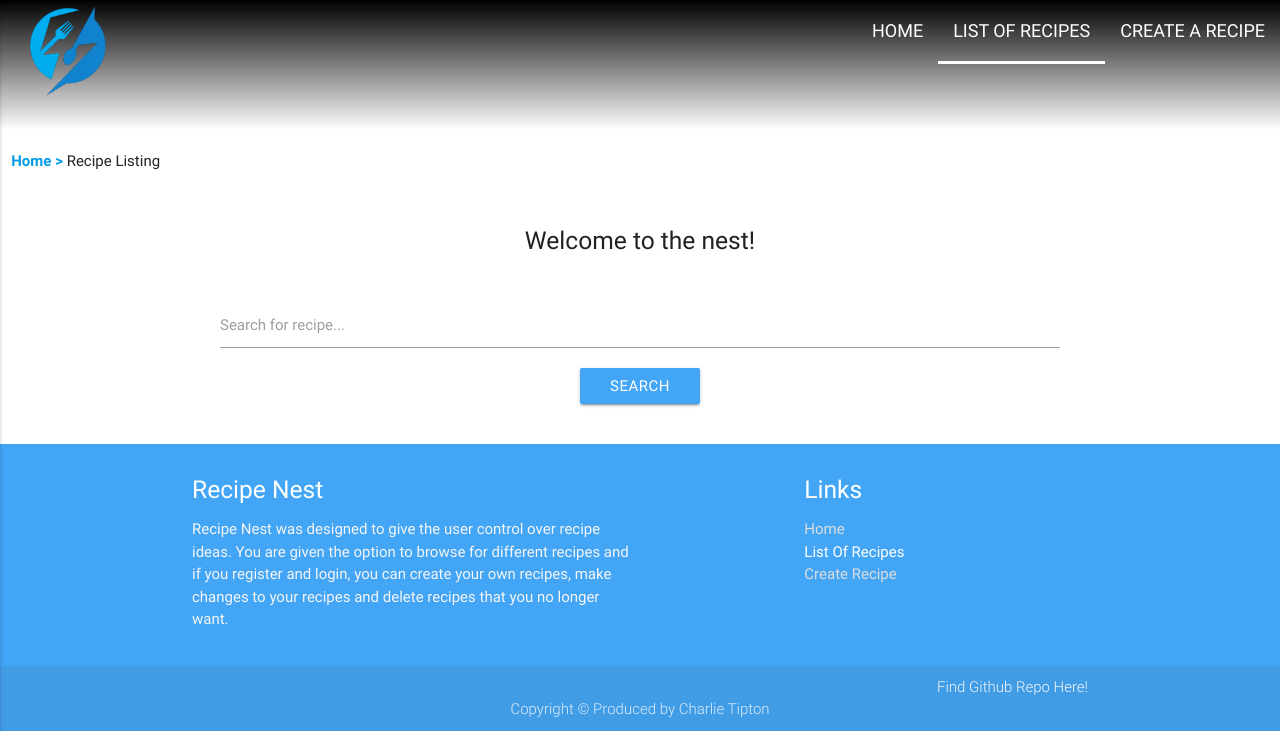
Repository: CharlieJT/Recipes
Page: http://localhost/recipe_listing
The author's editor kept a record of every edit. The page is drawn from the files as they stood at one moment, then again after the next edit.
The browser window is 1280 px wide. The pictures show the whole page.
Some web libraries are served in a nearby version. The page is served by the project's application, run on Flask 3 (app.py). Queries for data that is not in the repository find no rows.

Above is the page before.

### templates/recipe-listing.html
{% extends 'base.html' %} {% block content %}

<!-- Recipe Navbar & Heading divider -->

<div class="container-fluid recipe-container-heading">
    <div class="row">
        <div class="col recipe-container-column">
            <div class="main-recipe-section" />
        </div>
    </div>
</div>

<!-- Most viewed Recipe Cards -->

<div id="recipe-container-listing" class="container-fluid ">
    <!-- Breadcrumb -->
    <div class="row bread-crumb">
        <div class="col back-button">
            <a href="{{ url_for('index') }}">
                    <span>
                        Home >
                    </span>
                </a>
            <span>
                Recipe Listing
            </span>
        </div>
    </div>
    <div class="row recipe-row">
        <!-- Main Recipes Header -->
        <div class="recipe-listing-column col s12">
            <h5>Welcome to the nest!</h5>
        </div>
        <div class="container">
            <div class="row">
                <form class="col s12" action="{{ url_for('search') }}">
                    <div class="row search-bar-row">
                        <div class="input-field col s12">
                            <input id="search-recipe-listing" name="query" type="text" class="validate">
                            <label for="search-recipe-listing-label">Search for recipe...</label>
                            <div class="search-button">
                                <button class="btn waves-effect waves-light blue lighten-1" type="submit" name="action">Search</button>
                            </div>
                        </div>
                    </div>
                </form>
            </div>
        </div>
        <!-- Each recipe card -->
        {% for recipe in recipes %}

        <div class="col s12 m6 l4 card-container-listing">
            <div class="card-surrounding">
                <div class="card">
                    <div class="card-image waves-effect waves-block waves-light">
                        <img class="activator recipe-image" src="{{recipe.recipe_image_url}}">
                    </div>
                    <div class="card-content">
                        <div class='card-title-spacer'>
                            <div class="card-title activator grey-text text-darken-4 recipe-name">{{recipe.recipe_name}}<i class="material-icons right more-info">more_vert</i></div>
                        </div>
                        <div class="button-container">
                            <a href="{{ url_for('recipe', recipe_id=recipe._id) }}">
                                <button class="btn waves-effect waves-light blue lighten-1" type="submit" name="action">View Recipe</button>
                            </a>
                        </div>
                    </div>
                    <div class="card-reveal recipe-close">
                        <span class="card-title grey-text text-darken-4">{{recipe.recipe_name}}<i class="material-icons right">close</i></span>
                        <p>{{recipe.recipe_description}}</p>
                    </div>
                </div>
            </div>
        </div>
        {% endfor %}
    </div>
</div>


{% endblock %}

### templates/base.html
<!DOCTYPE html>
<html>

<head>
    <!--Import Google Icon Font-->
    <link href="https://fonts.googleapis.com/icon?family=Material+Icons" rel="stylesheet">

    <!--Import materialize.css-->
    <link rel="stylesheet" href="https://cdnjs.cloudflare.com/ajax/libs/materialize/0.100.2/css/materialize.min.css">

    <!-- Exteral styles -->
    <link rel="stylesheet" href="{{url_for('static', filename='css/base.css')}}" type="text/css" />
    <link rel="stylesheet" href="{{url_for('static', filename='css/index.css')}}" type="text/css" />
    <link rel="stylesheet" href="{{url_for('static', filename='css/recipe-listing.css')}}" type="text/css" />
    <link rel="stylesheet" href="{{url_for('static', filename='css/recipe.css')}}" type="text/css" />
    <link href="https://fonts.googleapis.com/icon?family=Material+Icons" rel="stylesheet">

    <!-- Favicon -->
    <link rel="icon" href="{{ url_for('static', filename='/images/favicon.ico') }}" type="image/x-icon" />

    <!--Let browser know website is optimized for mobile-->
    <meta name="viewport" content="width=device-width, initial-scale=1.0" />

    <title>Recipe Nest - {{ title }}</title>
</head>

<body>
    <!-- Main Navbar -->
    <nav class="navbar-container N/A transparent">
        <div class="nav-wrapper">
            <a href="{{ url_for('index') }}" id="recipes-logo">
                <img class="recipe-logo-image" src="static/images/recipe-nest.png" alt="Recipes Logo"/>
            </a>
            <a href="#" data-activates="mobile-demo" class="button-collapse"><i class="material-icons">menu</i></a>
            <ul id="nav-mobile" class="right hide-on-med-and-down navbar-listing">
                <li class="tab"><a class="nav-link" href="{{ url_for('index') }}">Home</a></li>
                <li class="tab"><a class="nav-link" href="{{ url_for('recipe_listing') }}">List of Recipes</a></li>
                <li class="tab"><a class="nav-link" href="{{ url_for('create_recipe') }}">Create a Recipe</a></li>
            </ul>
        </div>
    </nav>
    <ul class="side-nav" id="mobile-demo">
        <li class="tab"><a class="active" href="{{ url_for('index') }}">Home</a></li>
        <li class="tab"><a href="{{ url_for('recipe_listing') }}">List of Recipes</a></li>
        <li class="tab"><a href="{{ url_for('create_recipe') }}">Create a Recipe</a></li>
    </ul>

    {% block content %} {% endblock %}

    <!-- Footer -->
    <footer class="page-footer blue lighten-1">
        <div class="container">
            <div class="row">
                <div class="col l6 s12">
                    <h5 class="white-text">Recipe Nest</h5>
                    <p class="grey-text text-lighten-4"></p>
                    <p class="grey-text text-lighten-4">Recipe Nest was designed to give the user control over recipe ideas. You are given the option to browse for different recipes and if you register and login, you can create your own recipes, make changes to your recipes and delete recipes
                        that you no longer want.</p>
                </div>
                <div class="col l4 offset-l2 s12">
                    <h5 class="white-text">Links</h5>
                    <ul class="footer-links">
                        <li><a class="pages-footer-link" href="{{ url_for('index') }}">Home</a></li>
                        <li><a class="pages-footer-link" href="{{ url_for('recipe_listing') }}">List Of Recipes</a></li>
                        <li><a class="pages-footer-link" href="{{ url_for('create_recipe') }}">Create Recipe</a></li>
                    </ul>
                </div>
            </div>
        </div>
        <div class="footer-copyright">
            <div class="container">
                <a class="grey-text text-lighten-4 right" href="https://github.com/CharlieJT/Repices" target="_blank">Find Github Repo Here!</a>
                <div class="footer-bottom">Copyright © Produced by Charlie Tipton</div>
            </div>
        </div>
    </footer>

    <!-- Back to top icon -->
    <a href="#" class="to-top"></a>

    <script src="https://cdnjs.cloudflare.com/ajax/libs/jquery/3.2.1/jquery.min.js"></script>
    <script src="https://cdnjs.cloudflare.com/ajax/libs/materialize/0.100.2/js/materialize.min.js"></script>
    <script src="{{url_for('static', filename='js/script.js')}}"></script>
</body>

</html>

### app.py
import os
from flask import Flask, render_template, redirect, url_for, request, flash
from flask_pymongo import PyMongo, DESCENDING
from bson.objectid import ObjectId
import re

app = Flask(__name__)

app.config["MONGO_DBNAME"] = 'myRecipes'
app.config['MONGO_URI'] = os.environ.get("MONGO_URI")

mongo = PyMongo(app)

@app.route('/')
@app.route('/index')
def index():
    """This shows a list of 3 recipes which have the highest views"""
    recipes=mongo.db.recipes.find().sort([('views', DESCENDING)]).limit(3)
    return render_template('index.html', title="Home", recipes=recipes)


@app.route('/recipe_listing')
def recipe_listing():
    """This shows a list of all of the recipes"""
    recipes=mongo.db.recipes.find()
    return render_template('recipe-listing.html', title="Recipes", recipes=recipes)


@app.route('/recipe/<recipe_id>')
def recipe(recipe_id):
    """This shows all fields in recipes & increments the views by 1"""
    mongo.db.recipes.find_one_and_update(
        {'_id': ObjectId(recipe_id)},
        {'$inc': {'views': 1}}
    )
    recipe = mongo.db.recipes.find_one_or_404({'_id': ObjectId(recipe_id)})
    return render_template('recipe.html', title="Recipe", recipe=recipe)


@app.route('/create_recipe')
def create_recipe():
    """This shows a list of all of the recipes"""
    recipes_db = mongo.db.recipes
    return render_template('create-recipe.html', title="Create Recipe")


@app.route('/insert_recipe', methods=['POST'])
def insert_recipe():
    """This will add each field to the database"""
    recipe_db = mongo.db.recipes
    # This is insert a new value for each field
    recipe_db.insert_one(request.form.to_dict())
    return redirect(url_for('recipe_listing'))


@app.route('/edit_recipe/<recipe_id>')
def edit_recipe(recipe_id):
    """This will find a specific recipe from the database"""
    recipes_db = mongo.db.recipes.find_one({ '_id': ObjectId(recipe_id) })
    return render_template('edit-recipe.html', title="Edit Recipe", recipe=recipes_db)


@app.route('/update_recipe/<recipe_id>', methods=['POST'])
def update_recipe(recipe_id):
    """This shows a list of all of the recipes"""
    recipe_db = mongo.db.recipes
    recipe_db.update({ '_id': ObjectId(recipe_id)},
    {
        'recipe_name':request.form.get('recipe_name'),
        'recipe_description':request.form.get('recipe_description'),
        'recipe_ingredients': request.form.get('recipe_ingredients'),
        'recipe_instructions': request.form.get('recipe_instructions'),
        'recipe_image_url':request.form.get('recipe_image_url')
    })
    return redirect(url_for('recipe_listing'))


@app.route('/search')
def search():
    """This is the logic behind the search bars"""
    orig_query = request.args['query']
    # Using regular expressions to search for any case
    query = {'$regex': re.compile('.*{}.*'.format(orig_query)), '$options': 'i'}
    # This will do a find amoungst recipe name, recipe description & recipe instructions
    results = mongo.db.recipes.find({
        '$or': [
            {'recipe_name': query},
            {'recipe_description': query},
            {'recipe_instructions': query},
        ]
    })

    recipes = []
    for result in results:
        recipes.append(result)

    return render_template('search.html', title="Search results for", query=orig_query, results=recipes)



@app.route('/delete_recipe/<recipe_id>')
def delete_recipe(recipe_id):
    """This shows a list of all of the recipes"""
    mongo.db.recipes.remove({ '_id': ObjectId(recipe_id) })
    return redirect(url_for('recipe_listing'))


if __name__ == '__main__':
    app.run(host=os.environ.get('IP'),
    port=int(os.environ.get('PORT')),
    debug=True)

### static/css/index.css
/* ---------- Main Image ----------*/

.title-container {
    display: flex;
    align-items: center;
    height: 100vh;
    color: #fff;
}

.main-heading-column {
    background-color: #000000a6;
    border-radius: 10px;
}

.title-container .row {
    opacity: 0;
    filter: blur(100px);
    animation: FadeInGreeting 1.5s 1s forwards ease-in-out;
}

.title-container h1 {
    text-align: center;
    font-size: 2.4rem;
}

.search-button {
    display: flex;
    justify-content: center;
}

.down-arrow-link {
    color: white;
}

.down-arrow {
    display: flex !important;
    position: absolute;
    left: 49vw;
    right: 50vw;
    font-size: 3.7rem !important;
    justify-content: center;
    animation: scrollDown 0.4s alternate-reverse infinite cubic-bezier(1,-0.01, 0.79, 0.54);
}

.main-image-container {
    background: url(../images/recipe-nest-main-image.png) fixed center center no-repeat;
    height: 100%;
}

.main-recipe-images-column {
    padding: 0 !important;
}

main-recipe-images-column {
    height: 80vh;
}

.opaque-background {
    background-color: #00000061;
}

/* label color */

.recipe-label {
    color: #fff;
}

/* label focus color */

.input-field input[type=text]:focus+label {
    color: #fff;
}

/* label underline focus color */

.input-field input[type=text]:focus {
    border-bottom: 1px solid #fff;
    box-shadow: 0 1px 0 0 #000;
}

/* valid color */

.input-field input[type=text].valid {
    border-bottom: 1px solid #fff;
    box-shadow: 0 1px 0 0 #fff;
}

/* invalid color */

.input-field input[type=text].invalid {
    border-bottom: 1px solid #fff;
    box-shadow: 0 1px 0 0 #fff;
}

/* label focus color */

.input-field input:focus+label {
    color: #42a5f5 !important;
}

/* label underline focus color */

.row .input-field input:focus {
    border-bottom: 1px solid #42a5f5 !important;
    box-shadow: 0 1px 0 0 #42a5f5 !important;
}

.recipe-search-bar:focus {
    border-bottom: 1px solid #42a5f5 !important;
    -webkit-box-shadow: 0 1px 0 0 #26a69a !important;
    box-shadow: 0 1px 0 0 #42a5f5 !important;
}

/* ---------- Recipe Cards ----------*/

#recipe-container-main {
    background-color: #fff;
}

.down-arrow {
    position: absolute;
    left: 50%;
}

.card-surrounding {
    max-width: 265px;
    margin: auto;
}

.card {
    margin: 2.5rem 0 2.5rem 0;
}

.recipe-image {
    padding: 10px;
    border-radius: 15px !important;
}

.most-viewed-divider {
    width: 150px;
}

.mostly-viewed-heading-column {
    margin: 60px;
    margin: 5.5rem auto 1.5rem;
}

.mostly-viewed-heading-column h5 {
    text-align: center;
    margin: auto;
}

#recipe-container-main .row {
    margin: 0;
}

#recipe-container-main .col {
    padding: 0 2.75rem;
}

.recipe-name,
.recipe-close {
    position: relative;
    width: 100%;
    font-size: 1.1rem !important;
    font-weight: 400 !important;
}

.recipe-name i {
    top: 0;
    right: -15px;
}

.recipe-close i {
    position: absolute;
    right: 0;
    top: 0;
    margin-top: 30px;
    margin-right: 12px;
}

.card-title-spacer {
    display: flex;
    height: 120px;
}

.more-info {
    position: absolute;
}

.button-container {
    display: flex;
    justify-content: center;
    width: 100%;
}

/* ---------- Media Queries ----------*/

@media only screen and (min-width: 992px) {
    .recipe-row {
        width: 992px;
        margin: auto !important;
    }
    .title-container h1 {
        font-size: 3rem;
    }
}

@media only screen and (min-width: 1050px) {
    .main-image-container {
        background-size: 100%;
    }
}

@media only screen and (min-width: 1200px) {
    .recipe-row {
        width: 1200px;
        margin: auto !important;
    }
}



/* ---------- Keyframes (Animations) ----------*/

@-webkit-keyframes scrollDown {
    from {
        margin-top: 0;
    }
    to {
        margin-top: 8px;
    }
}

@keyframes scrollDown {
    from {
        margin-top: 0;
    }
    to {
        margin-top: 8px;
    }
}

@-webkit-keyframes FadeInGreeting {
    from {
        opacity: 0;
    }
    to {
        opacity: 1;
    }
}

@keyframes FadeInGreeting {
    from {
        opacity: 0;
        filter: blur(100px);
    }
    to {

        opacity: 1;
        filter: blur(0px);
    }
}

### static/css/recipe-listing.css
.recipe-container-heading .recipe-container-column {
    background: linear-gradient(#000, #fff);
    height: 130px;
    width: 100%;
}

.recipe-listing-column {
    margin: 60px;
    margin: 1.5rem auto 1.5rem;
    text-align: center;
}

.search-recipe-listing-label {
    color: #000;
}

### static/css/recipe.css
.recipe-page-image {
    width: 100%;
    max-width: 300px;
    max-height: 300px;
    border-radius: 10px;
    border: 1px solid #ccc;
}

.recipe-ingredients li,
.recipe-insturctions li{
    list-style-type: disc;
}

.recipe-description-row {
    height: 300px;
}

.edit-and-delete-buttons {
    float: right;
}

.back-button span:nth-child(1) {
    display: inline;
    cursor: pointer;
    font-weight: bold;
}

/* ---------- Media Queries ----------*/

@media only screen and (max-width: 315px) {
    .delete-recipe-button {
        margin-top: 5px;
    }
}

@media only screen and (max-width: 500px) {
  .edit-and-delete-buttons {
    float: none;
        padding-left: 10px;
    }
}

Loaded but not shown: static/js/script.js (129 lines, source omitted); static/css/base.css (575 lines, source omitted)

After the next edit:
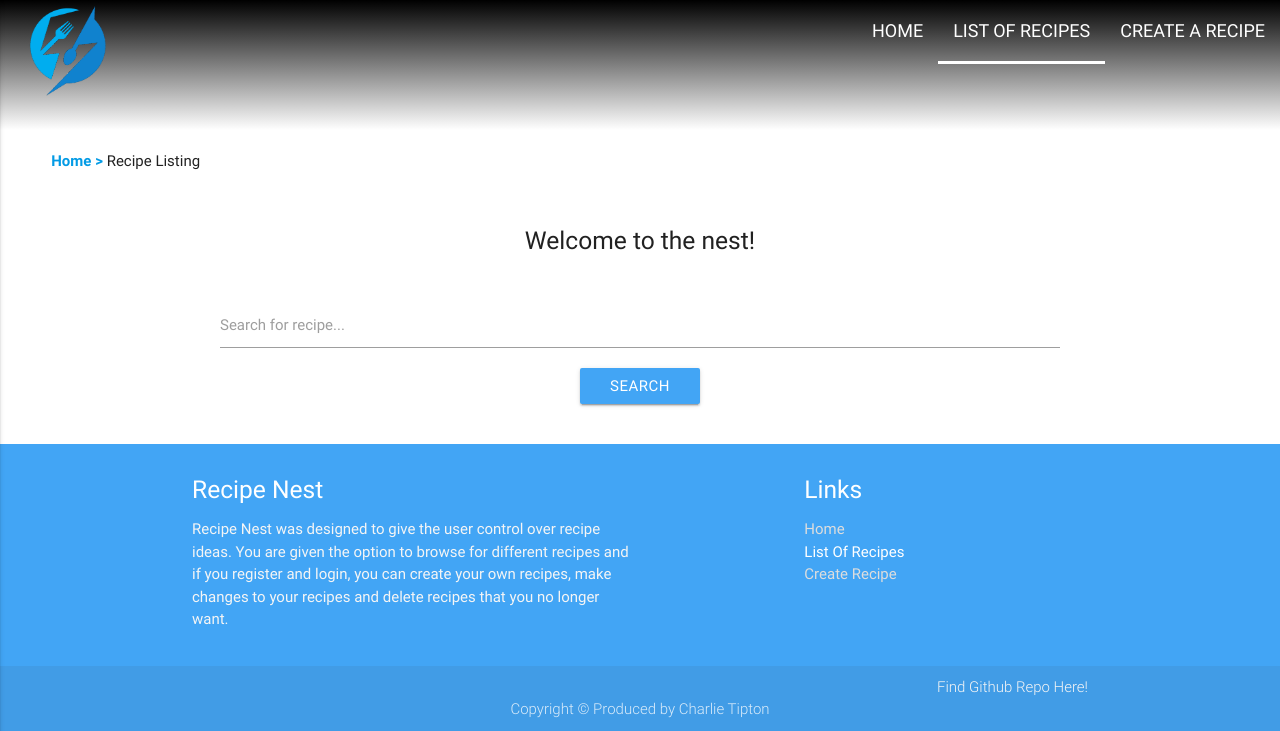
The edit:
--- a/templates/recipe-listing.html
+++ b/templates/recipe-listing.html
@@ -13,20 +13,21 @@
 <!-- Most viewed Recipe Cards -->
 
 <div id="recipe-container-listing" class="container-fluid ">
-    <!-- Breadcrumb -->
-    <div class="row bread-crumb">
-        <div class="col back-button">
-            <a href="{{ url_for('index') }}">
-                    <span>
-                        Home >
-                    </span>
-                </a>
-            <span>
-                Recipe Listing
-            </span>
+
+    <div class="row recipe-row">
+        <!-- Breadcrumb -->
+        <div class="row bread-crumb">
+            <div class="col back-button">
+                <a href="{{ url_for('index') }}">
+                <span>
+                    Home >
+                </span>
+            </a>
+                <span>
+                    Recipe Listing
+                </span>
+            </div>
         </div>
-    </div>
-    <div class="row recipe-row">
         <!-- Main Recipes Header -->
         <div class="recipe-listing-column col s12">
             <h5>Welcome to the nest!</h5>
